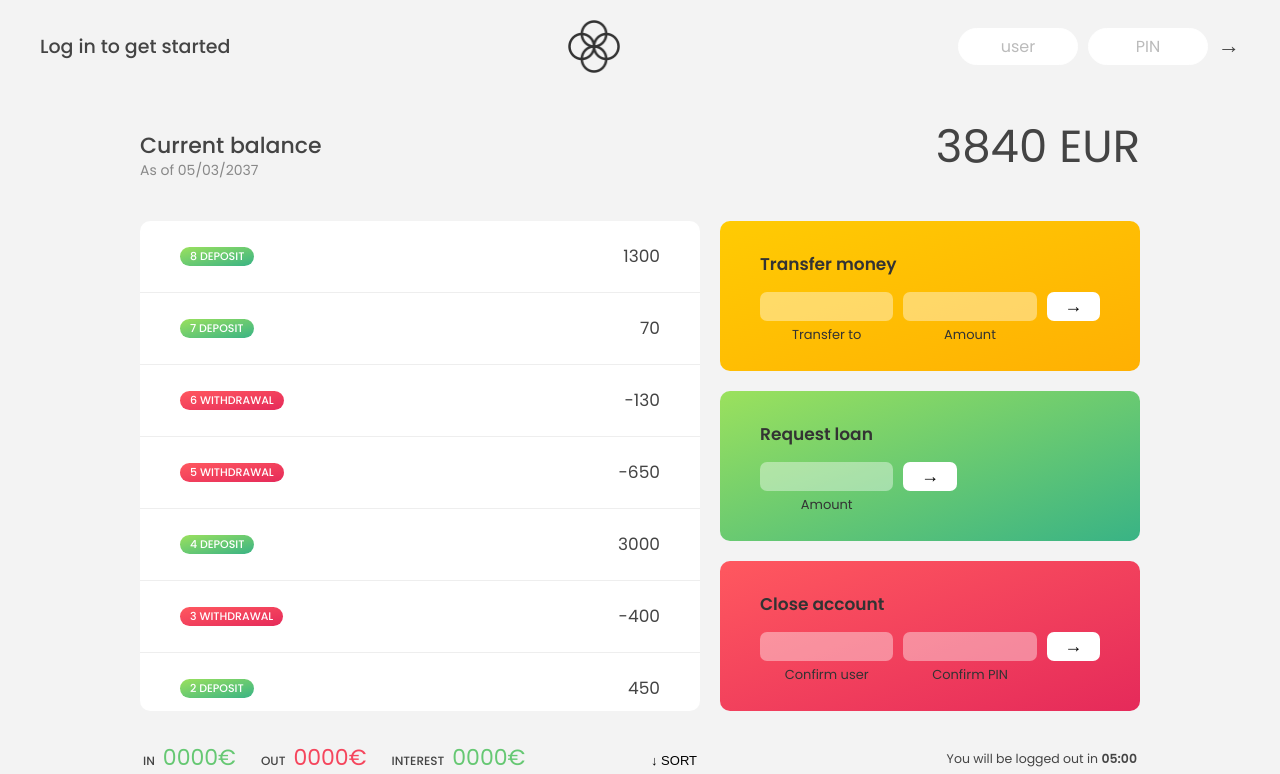
Repository: otvertka/jsc_11
Page: index.html
The author's editor kept a copy of each file at every save. The page is drawn from the files as they stood at one save, then again after the next save.
The browser window is 1280 px wide. The pictures show the whole page.
An inner scrolling area shows only its first screen.

Above is the page before, as saved 2023-02-03 14:03:41.

### index.html
<!DOCTYPE html>
<html lang="en">
  <head>
    <meta charset="UTF-8" />
    <meta name="viewport" content="width=device-width, initial-scale=1.0" />
    <meta http-equiv="X-UA-Compatible" content="ie=edge" />
    <link rel="shortcut icon" type="image/png" href="/icon.png" />

    <link
      href="https://fonts.googleapis.com/css?family=Poppins:400,500,600&display=swap"
      rel="stylesheet"
    />

    <link rel="stylesheet" href="style.css" />
    <title>Bankist</title>
  </head>
  <body>
    <!-- TOP NAVIGATION -->
    <nav>
      <p class="welcome">Log in to get started</p>
      <img src="logo.png" alt="Logo" class="logo" />
      <form class="login">
        <input
          type="text"
          placeholder="user"
          class="login__input login__input--user"
        />
        <!-- In practice, use type="password" -->
        <input
          type="text"
          placeholder="PIN"
          maxlength="4"
          class="login__input login__input--pin"
        />
        <button class="login__btn">&rarr;</button>
      </form>
    </nav>

    <main class="app">
      <!-- BALANCE -->
      <div class="balance">
        <div>
          <p class="balance__label">Current balance</p>
          <p class="balance__date">
            As of <span class="date">05/03/2037</span>
          </p>
        </div>
        <p class="balance__value">0000€</p>
      </div>

      <!-- MOVEMENTS -->
      <div class="movements">
        <div class="movements__row">
          <div class="movements__type movements__type--deposit">2 deposit</div>
          <div class="movements__date">3 days ago</div>
          <div class="movements__value">4 000€</div>
        </div>
        <div class="movements__row">
          <div class="movements__type movements__type--withdrawal">
            1 withdrawal
          </div>
          <div class="movements__date">24/01/2037</div>
          <div class="movements__value">-378€</div>
        </div>
      </div>

      <!-- SUMMARY -->
      <div class="summary">
        <p class="summary__label">In</p>
        <p class="summary__value summary__value--in">0000€</p>
        <p class="summary__label">Out</p>
        <p class="summary__value summary__value--out">0000€</p>
        <p class="summary__label">Interest</p>
        <p class="summary__value summary__value--interest">0000€</p>
        <button class="btn--sort">&downarrow; SORT</button>
      </div>

      <!-- OPERATION: TRANSFERS -->
      <div class="operation operation--transfer">
        <h2>Transfer money</h2>
        <form class="form form--transfer">
          <input type="text" class="form__input form__input--to" />
          <input type="number" class="form__input form__input--amount" />
          <button class="form__btn form__btn--transfer">&rarr;</button>
          <label class="form__label">Transfer to</label>
          <label class="form__label">Amount</label>
        </form>
      </div>

      <!-- OPERATION: LOAN -->
      <div class="operation operation--loan">
        <h2>Request loan</h2>
        <form class="form form--loan">
          <input type="number" class="form__input form__input--loan-amount" />
          <button class="form__btn form__btn--loan">&rarr;</button>
          <label class="form__label form__label--loan">Amount</label>
        </form>
      </div>

      <!-- OPERATION: CLOSE -->
      <div class="operation operation--close">
        <h2>Close account</h2>
        <form class="form form--close">
          <input type="text" class="form__input form__input--user" />
          <input
            type="password"
            maxlength="6"
            class="form__input form__input--pin"
          />
          <button class="form__btn form__btn--close">&rarr;</button>
          <label class="form__label">Confirm user</label>
          <label class="form__label">Confirm PIN</label>
        </form>
      </div>

      <!-- LOGOUT TIMER -->
      <p class="logout-timer">
        You will be logged out in <span class="timer">05:00</span>
      </p>
    </main>

    <!-- <footer>
      &copy; by Jonas Schmedtmann. Don't claim as your own :)
    </footer> -->

    <script src="script.js"></script>
  </body>
</html>

### script.js
'use strict';

/////////////////////////////////////////////////
/////////////////////////////////////////////////

// /////////////////////////////////////////////////
// /////////////////////////////////////////////////
// // LECTURES

// const currencies = new Map([
//   ['USD', 'United States dollar'],
//   ['EUR', 'Euro'],
//   ['GBP', 'Pound sterling'],
// ]);

// const movements = [200, 450, -400, 3000, -650, -130, 70, 1300];

// /////////////////////////////////////////////////

// // 1
// let arr = ['a', 'b', 'c', 'd', 'e'];

// // SLICE . Метод slice() возвращает новый массив, содержащий копию части исходного массива.
// //// SYNTAX  arr.slice([begin[, end]])

// console.log(arr.slice(2)); // c, d, e
// console.log(arr);
// console.log(arr.slice(2, 4)); // c, d
// console.log(arr.slice(-2)); // d, e
// console.log(arr.slice(-1)); // LAST ELEM e
// console.log(arr.slice(1, -2)); // b, c

// console.log(arr.slice()); //  ['a', 'b', 'c', 'd', 'e']  Копирует весь массив
// console.log([...arr]); //  ['a', 'b', 'c', 'd', 'e']  Копирует весь массив SPREAD

// // SPLICE Метод splice() изменяет содержимое массива, удаляя существующие элементы и/или добавляя новые.
// // // SYNTAX  array.splice(start[, deleteCount[, item1[, item2[, ...]]]])

// // console.log(arr.splice(2)); // c, d, e
// arr.splice(-1); // удаляет последний элемент в массиве
// console.log(arr); //  ['a', 'b', 'c', 'd']
// arr.splice(1, 2); // удаляет 2 элемента , начиная с 1
// console.log(arr); // [a, d]

// // REVERSE  . Метод reverse() на месте обращает порядок следования элементов массива. Первый элемент массива становится последним, а последний — первым.
// ///// SYNTAX  array.reverse()

// arr = ['a', 'b', 'c', 'd', 'e'];
// const arr2 = ['j', 'i', 'h', 'g', 'f'];
// console.log(arr2.reverse()); //['f', 'g', 'h', 'i', 'j']
// console.log(arr2); // Изменяет основной массив ['f', 'g', 'h', 'i', 'j']

// // CONCAT / Метод concat() возвращает новый массив, состоящий из массива, на котором он был вызван,
// //             соединённого с другими массивами и/или значениями, переданными в качестве аргументов.
// // SYNTAX   var new_array = old_array.concat(value1[, value2[, ...[, valueN]]])

// const letters = arr.concat(arr2);
// console.log(letters); // ['a', 'b', 'c', 'd', 'e', 'f', 'g', 'h', 'i', 'j']
// console.log([...arr, ...arr2]); //  ['a', 'b', 'c', 'd', 'e', 'f', 'g', 'h', 'i', 'j']

// // JOIN  Метод join() объединяет все элементы массива (или массивоподобного объекта) в строку.
// // SYNTAX
// console.log(letters.join(' - ')); // a - b - c - d - e - f - g - h - i - j

// // LECtion 2 . at
// const arr = [23, 11, 64];
// console.log(arr[0]); // 23
// console.log(arr.at(0)); // 23 at position 0

// // получаем последний элем в массиве
// console.log(arr[arr.length - 1]); // 64
// console.log(arr.slice(-1)[0]); // получаем последний элем в массиве

// console.log(arr.at(-1)); // 64
// console.log('jonas'.at(0)); // j Также работает со строками

// LECT 3. Метод forEach() выполняет указанную функцию один раз для каждого элемента в массиве.
// SYNTAX .arr.forEach(function callback(currentValue, index, array) {
//your iterator
// }[, thisArg]);
// const movements = [200, 450, -400, 3000, -650, -130, 70, 1300];

// // for (const movement of movements) {
// for (const [i, movement] of movements.entries()) {
//   if (movement > 0) {
//     console.log(`Movement ${i + 1}: You deposited ${movement}`);
//   } else {
//     console.log(`Movement ${i + 1}: You withdrew ${Math.abs(movement)}`); // Math.abs - удалит знак МИНУС
//   }
// }
// console.log('----FOREACH-----');
// // callback Функция, которая будет вызвана для каждого элемента массива.
// movements.forEach(function (movement, index, array) {
//   if (movement > 0) {
//     console.log(`Movement ${index + 1}: You deposited ${movement}`);
//   } else {
//     console.log(`Movement ${index + 1}: You withdrew ${Math.abs(movement)}`); // Math.abs - удалит знак МИНУС
//   }
// });
// // 0: function(200)
// // 1: function(450)
// // 2: function(400)
// // ....

// LECT 4 . forEach with Map and Set

// const currencies = new Map([
//   ['USD', 'United States dollar'], // 'key', 'value'
//   ['EUR', 'Euro'],
//   ['GBP', 'Pound sterling'],
// ]);

// currencies.forEach(function (value, key, map) {
//   console.log(`${key}: ${value}`);
// });

// // Set
// const currenciesUnique = new Set(['USD', 'GBP', 'USD', 'EUR', 'EUR']);
// console.log(currenciesUnique); // {'USD', 'GBP', 'EUR'}

// currenciesUnique.forEach(function (value, _, map) {
//   console.log(`${value}: ${value}`); // USD: USD ,GBP: GBP ,EUR: EUR
// });
//////////////////////////////////////////////////////////////////////////////////////////////

// BANKIST APP

// Data
const account1 = {
  owner: 'Jonas Schmedtmann',
  movements: [200, 450, -400, 3000, -650, -130, 70, 1300],
  interestRate: 1.2, // %
  pin: 1111,
};

const account2 = {
  owner: 'Jessica Davis',
  movements: [5000, 3400, -150, -790, -3210, -1000, 8500, -30],
  interestRate: 1.5,
  pin: 2222,
};

const account3 = {
  owner: 'Steven Thomas Williams',
  movements: [200, -200, 340, -300, -20, 50, 400, -460],
  interestRate: 0.7,
  pin: 3333,
};

const account4 = {
  owner: 'Sarah Smith',
  movements: [430, 1000, 700, 50, 90],
  interestRate: 1,
  pin: 4444,
};

const accounts = [account1, account2, account3, account4];

// Elements
const labelWelcome = document.querySelector('.welcome');
const labelDate = document.querySelector('.date');
const labelBalance = document.querySelector('.balance__value');
const labelSumIn = document.querySelector('.summary__value--in');
const labelSumOut = document.querySelector('.summary__value--out');
const labelSumInterest = document.querySelector('.summary__value--interest');
const labelTimer = document.querySelector('.timer');

const containerApp = document.querySelector('.app');
const containerMovements = document.querySelector('.movements');

const btnLogin = document.querySelector('.login__btn');
const btnTransfer = document.querySelector('.form__btn--transfer');
const btnLoan = document.querySelector('.form__btn--loan');
const btnClose = document.querySelector('.form__btn--close');
const btnSort = document.querySelector('.btn--sort');

const inputLoginUsername = document.querySelector('.login__input--user');
const inputLoginPin = document.querySelector('.login__input--pin');
const inputTransferTo = document.querySelector('.form__input--to');
const inputTransferAmount = document.querySelector('.form__input--amount');
const inputLoanAmount = document.querySelector('.form__input--loan-amount');
const inputCloseUsername = document.querySelector('.form__input--user');
const inputClosePin = document.querySelector('.form__input--pin');

const displayMovements = function (movements) {
  containerMovements.innerHTML = ''; // очищаем поля Расходы Прибыль

  movements.forEach(function (mov, i) {
    // Заполняем данные из массива Movements
    // аналог .....  .textContent = 0;
    const type = mov > 0 ? 'deposit' : 'withdrawal';
    const html = `
  <div class="movements__row">
    <div class="movements__type movements__type--${type}">${i + 1} ${type}</div>
    <div class="movements__value">${mov}</div>
    </div>
  `;

    containerMovements.insertAdjacentHTML('afterbegin', html);
  });
};

displayMovements(account1.movements);

// LECT 10 REDUCE
const calcDisplayBalance = function (movements) {
  const balance = movements.reduce((accum, mov) => accum + mov, 0);
  labelBalance.textContent = `${balance} EUR`;
};
calcDisplayBalance(account1.movements);

// LECT 8. Computing user names
//  добавляем новое свойство username ='stw' -сокращенные имена в объекты
const createUsernames = function (accs) {
  accs.forEach(function (acc) {
    // используем FOREACH,а не Map,
    acc.username = acc.owner // т.к не хотим создавать новый массив, а добавляем новое свойство username ='stw' -сокращенные имена
      .toLowerCase()
      .split(' ')
      .map(name => name[0])
      .join('');
  });
};

createUsernames(accounts);

// console.log(accounts);

// console.log(containerMovements.innerHTML);

// LECT5.
//  CHALANGE #1
// [3,5,2,12,7] , [4,1, 15,8,3]
// [9,16, 6, 8,3], [10,5,6,1,4]

// const checkDogs = function (dogsJulia, dogsKate) {
//   // Jonas version:
//   // const dogsJuliaCorrected = dogsJulia.slice();
//   // dogsJuliaCorrected.splice(0,1);
//   // dogsJuliaCorrected.splice(-2);
//   // console.log(dogsJuliaCorrected);

//   const juliaCopy = dogsJulia.slice();
//   const juliaCorrecteded = juliaCopy.splice(1, `${juliaCopy.length}` - 3, -1); // удаляем Первый и Последний элем (средний параметр это длина всей строки - 3 элеммента)

//   const allDogs = juliaCorrecteded.concat(dogsKate); // Объединили 2 массива
//   allDogs.forEach(function (dog, index) {
//     //  callback Функция, которая будет вызвана для каждого элемента массива.
//     if (dog >= 3) {
//       console.log(
//         `Dog number ${index + 1} is an adult and is ${dog} years old`
//       );
//     } else {
//       console.log(
//         `Dog number ${index + 1} is still a puppy 🐶 and is ${dog} years old`
//       );
//     }
//   });
//   console.log(allDogs);
// };
// // checkDogs([3, 5, 2, 12, 7], [4, 1, 15, 8, 3]);
// checkDogs([9, 16, 6, 8, 3], [10, 5, 6, 1, 4]);

////////////////////////////
// CHALANGE #2 Мой вариант
// const ages = [5, 2, 4, 1, 15, 8, 3];

// const calcAverageHumanAge = ages.map(function (age) {
//   if (age <= 2) {
//     return age * 2;
//   } else {
//     return age * 4 + 16;
//   }
// });

// console.log(calcAverageHumanAge);
// const adultDogs = calcAverageHumanAge.filter(humanAge => humanAge > 18);

// console.log(adultDogs);
// const averageAge =
//   adultDogs.reduce((accum, cur) => accum + cur, 0) / adultDogs.length;
// console.log(averageAge);

// ///// ////////// ///////// //     CHALANGE # 2  JONAS VERS!!!!!
// const calcAverageHumanAge = function (ages) {
//   const humanAges = ages.map(age => (age <= 2 ? 2 * age : 16 + age * 4));
//   const adults = humanAges.filter(age => age >= 18);
//   const average = adults.reduce((accum, age) => accum + age, 0) / adults.length;
//   // аналогично можно так сразу делить  2, 3 (2+3)/2 = 2.5 === 2/2 +3/2 = 2.5;
//   // const averag = adults.reduce((acc, age, i, arr) => acc +age/ arr.length, 0);
//   console.log(average);
//   return average;
// };
// const avg1 = calcAverageHumanAge([5, 2, 4, 1, 15, 8, 3]);
// const avg2 = calcAverageHumanAge([16, 6, 10, 5, 6, 1, 4]);
// console.log(age);

////////////////////////////

// LECT 7. MAP method

const movements = [200, 450, -400, 3000, -650, -130, 70, 1300];
// const eurToUsd = 1.1;

// const movementsUSD = movements.map(mov => mov * eurToUsd); // аналог через СТРЕЛОЧНУЮ ф-ю
// // movements.map(function (mov) {
// //   return mov * eurToUsd;
// // });
// console.log(movements);
// console.log(movementsUSD); // 220 , 495, -440, 3300...

// const movementsUSDfor = [];
// for (const mov of movements) {
//   movementsUSDfor.push(mov * eurToUsd);
// }
// console.log(movementsUSDfor); // 220 , 495, 440, 3300...

// const movementsDescriptions = movements.map(
//   (mov, index) =>
//     `Movement ${index + 1}: You ${
//       mov > 0 ? 'deposited' : 'withdrew'
//     } ${Math.abs(mov)}`
// );
// // if (mov > 0) {
// //   return `Movement ${index + 1}: You deposited ${mov}`;
// // } else {
// //   return `Movement ${index + 1}: You withdrew ${Math.abs(mov)}`; // Math.abs - удалит знак МИНУС
// // }

// console.log(movementsDescriptions);

// LECT 9 FILTER method
// Метод filter() создаёт новый массив со всеми элементами, прошедшими проверку, задаваемую в передаваемой функции.
// SYNTAX
// Стрелочная функция
// filter((element) => { ... } )
// filter((element, index) => { ... } )
// filter((element, index, array) => { ... } )

// // Колбэк-функция
// filter(callbackFn)
// filter(callbackFn, thisArg)

// // Встроенная колбэк-функция
// filter(function callbackFn(element) { ... })
// filter(function callbackFn(element, index) { ... })
// filter(function callbackFn(element, index, array){ ... })
// filter(function callbackFn(element, index, array) { ... }, thisArg)

/// ПРИМЕР
// const movements = [200, 450, -400, 3000, -650, -130, 70, 1300];
// const deposits = movements.filter(function (mov) {
//   return mov > 0;
// });
// console.log(deposits); // [200, 450, 3000, 70, 1300]

// //аналогично с FOR
// const depositsFOR = [];
// for (const mov of movements) {
//   if (mov > 0) {
//     depositsFOR.push(mov);
//   }
// }
// console.log(depositsFOR); // [200, 450, 3000, 70, 1300]

// // FILTER method
// const withdrawals = movements.filter(mov => mov < 0);
// console.log(withdrawals); // [-400, -650, -130]

// LECT 10 . REDUCE method . Метод reduce() применяет функцию reducer к каждому элементу массива (слева-направо), возвращая одно результирующее значение.
// SYNTAX  array.reduce(callback[, initialValue])

// const movements = [200, 450, -400, 3000, -650, -130, 70, 1300];
// console.log(movements);

// // accumulator -> SNOWBALL
// // const balance = movements.reduce(function (accum, cur, i, arr) {
// //   console.log(`Iteration ${i}: ${accum}`);
// //   return accum + cur; // callback функция - это 1 параметр, Аккумулируется значение
// // }, 0); // 0 -initialValue стартовое значение

// // Через СТРЕЛОЧНУЮ ФУНКЦИЮ
// const balance = movements.reduce((accum, cur) => accum + cur, 0);
// console.log(balance); // 3840

// // аналог с FOR
// let balance2 = 0;
// for (const mov of movements) balance2 += mov;
// console.log(balance2); // 3840

// // Maximum value
// const max = movements.reduce((acc, mov) => {
//   if (acc > mov) return acc;
//   else return mov;
// }, movements[0]);
// console.log(max);

// LECT 11 The Magic of Chaining Methods

const eurToUsd = 1.1;
// PIPELINE трубопровод
const totalDepositUSD = movements
  .filter(mov => mov > 0)
  .map(mov => mov * eurToUsd)
  // .map(mov => mov * eurToUsd)
  .reduce((acc, mov) => acc + mov, 0);
console.log(totalDepositUSD);

Loaded but not shown: style.css (297 lines, source omitted)

After the next save:
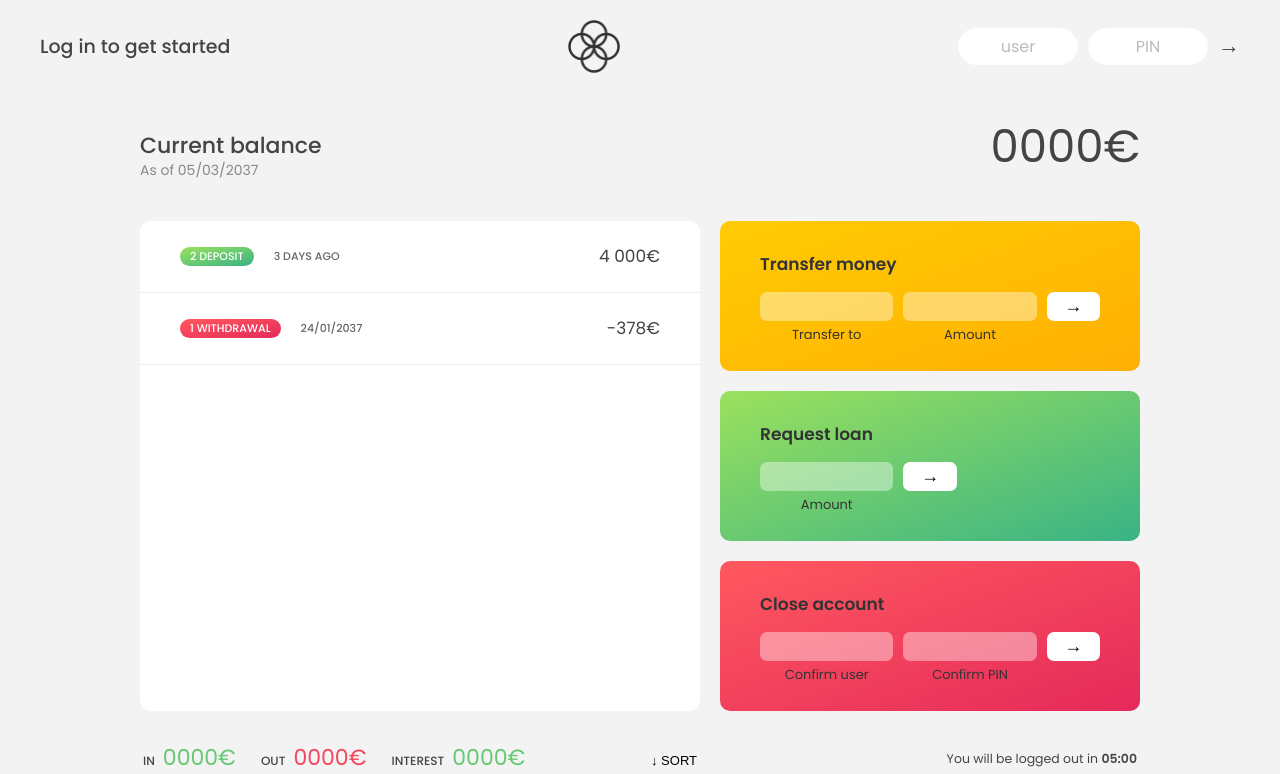
Console error: SyntaxError: Unexpected token ')'
Saved 2 min 0 s later.
--- a/script.js
+++ b/script.js
@@ -400,8 +400,11 @@
 const eurToUsd = 1.1;
 // PIPELINE трубопровод
 const totalDepositUSD = movements
-  .filter(mov => mov > 0)
-  .map(mov => mov * eurToUsd)
+  .filter(mov => mov < 0)
+  .map((mov, i, arr) => {
+    console.log(arr);
+    return mov * eurToUsd);
+  })
   // .map(mov => mov * eurToUsd)
   .reduce((acc, mov) => acc + mov, 0);
 console.log(totalDepositUSD);

After the save that followed:
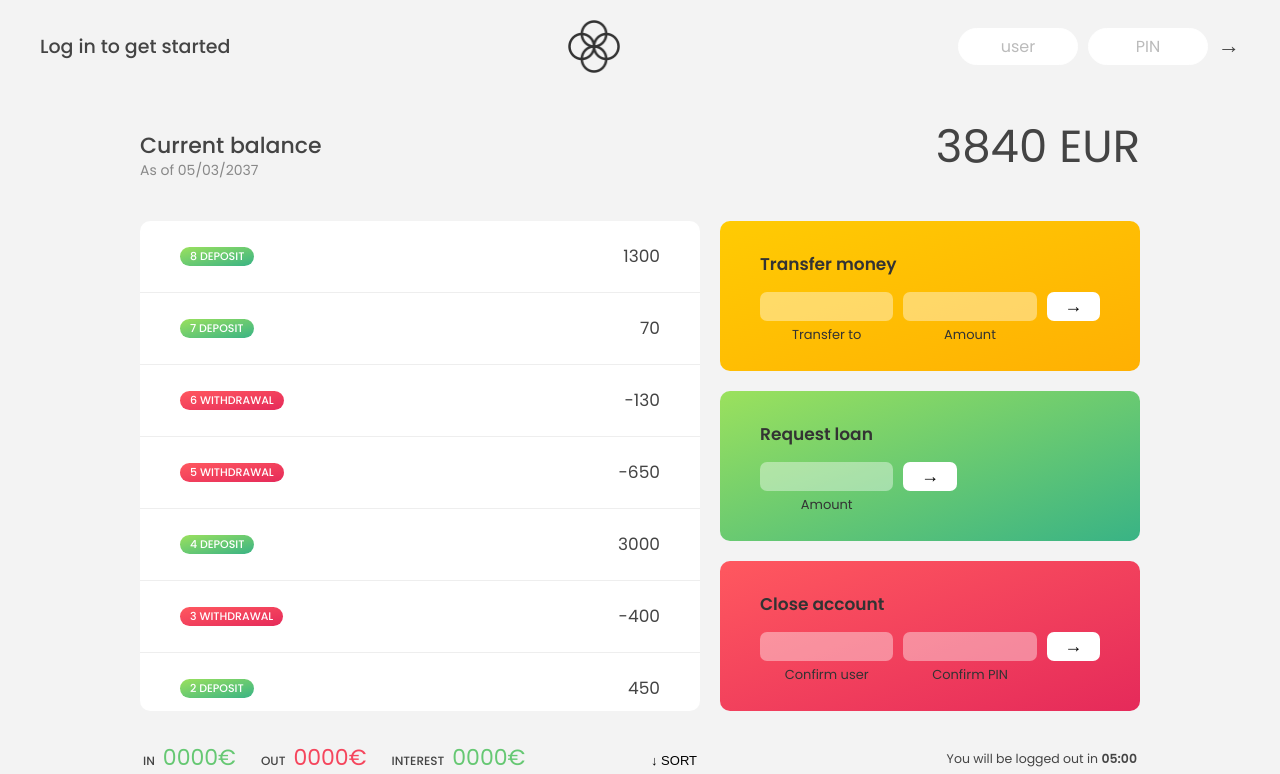
The error is gone.
Saved 28 s later.
--- a/script.js
+++ b/script.js
@@ -403,7 +403,7 @@
   .filter(mov => mov < 0)
   .map((mov, i, arr) => {
     console.log(arr);
-    return mov * eurToUsd);
+    return mov * eurToUsd;
   })
   // .map(mov => mov * eurToUsd)
   .reduce((acc, mov) => acc + mov, 0);
